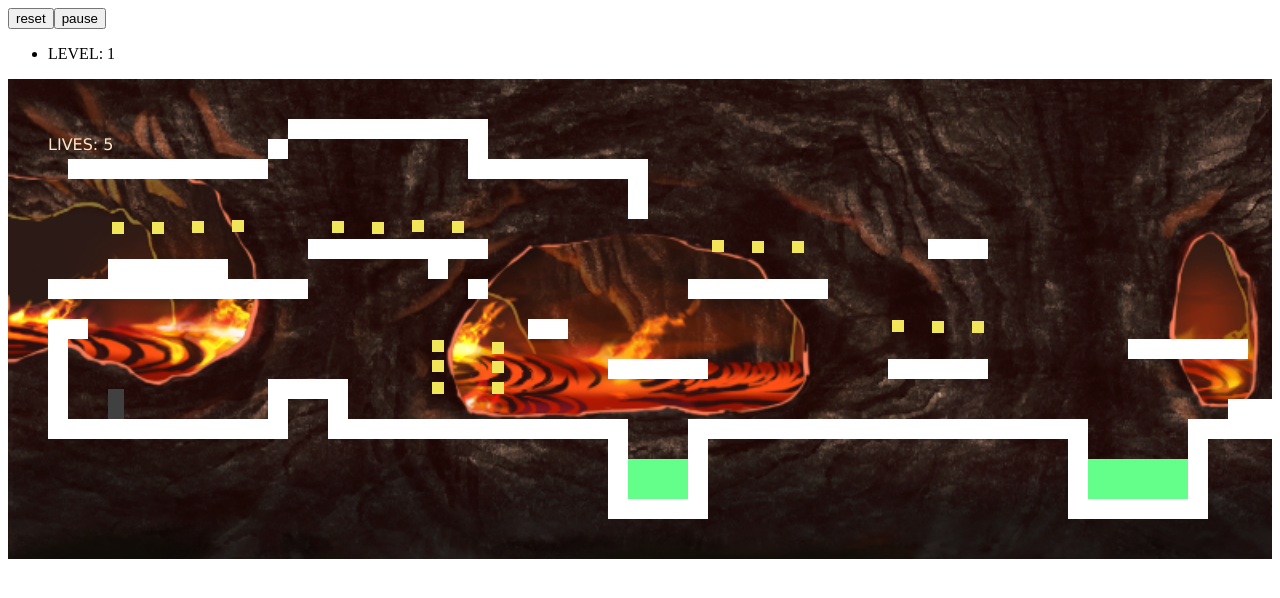
Repository: luccas-teddy/examenlucas
Page: index.html
An editor plug-in stored every save of this project. The page is shown before and after the next save, followed by the edit.
The browser window is 1280 px wide. The pictures show the whole page.

Above is the page before, as saved 2021-02-18 02:39:36.

### index.html
<!doctype html>
<table>
<tr>
  <button id="reset" class="gamebutton" onclick="this.blur();">reset</button>
  <button id="pause" class="gamebutton" onclick="this.blur();">pause</button>
</tr>


<ul>
  <li id="lives" class="statss">LIVES: 5</li>
  <li id="level" class="stats">LEVEL: 1</li>
</ul>
</table>


<script src="code/chapter/16_game.js"></script>
<script src="code/levels.js"></script>

<link rel="stylesheet" href="css/game.css">

<body>
  <script>
    runGame(GAME_LEVELS, DOMDisplay);
  </script>
</body>

### code/levels.js
var GAME_LEVELS = [`
................................................................................
................................................................................
..............##########........................................................
.............#.........#........................................................
...##########..........#########................................................
...............................#................................................
...............................#....................................###.........
.....o.o.o.o....o.o.o.o............................................##+##........
...............#########...........o.o.o......###.................##+++++##.....
.....######..........#.............................................##+##........
..#############........#..........#######...........................#v#.........
............................................................................##..
..##......................##................o.o.o............................#..
..#..................o..o...............................######.............#....
..#..................o..o.....#####.........#####.....................o.#.......
..#..........####....o..o....................................................#..
..#..@.......#..#............................................#######.......#....
..############..###############...####################.....#######...#########..
..............................#...#..................#.....#....................
..............................#+++#..................#+++++#....................
..............................#+++#..................#+++++#....................
..............................#####..................#######....................
................................................................................
................................................................................
`,`
................................................................................
................................................................................
....###############################.............................................
...##.............................##########################################....
...#.......................................................................##...
...#....o...................................................................#...
...#................................................=.......................#...
...#.o........################...................o..o...........|........o..#...
...#.........................#..............................................#...
...#....o....................##########.....###################....##########...
...#..................................#+++++#.................#....#............
...###############....oo......=o.o.o..#######.###############.#....#............
.....#...............o..o.............#.......#......#........#....#............
.....#....................#############..######.####.#.########....########.....
.....#.............########..............#...........#.#..................#.....
.....#..........####......####...#####################.#..................#.....
.....#........###............###.......................########....########.....
.....#.......##................#########################......#....#............
.....#.......#................................................#....#............
.....###......................................................#....#............
.......#...............o...........................................#............
.......#...............................................o...........#............
.......#########......###.....############.........................##...........
.............#..................#........#####....#######.o.........########....
.............#++++++++++++++++++#............#....#.....#..................#....
.............#++++++++++++++++++#..........###....###...####.o.............#....
.............####################..........#........#......#.....|.........#....
...........................................#++++++++#......####............#....
...........................................#++++++++#.........#........@...#....
...........................................#++++++++#.........##############....
...........................................##########...........................
................................................................................
`,`
......................................#++#........................#######....................................#+#..
......................................#++#.....................####.....####.................................#+#..
......................................#++##########...........##...........##................................#+#..
......................................##++++++++++##.........##.............##...............................#+#..
.......................................##########++#.........#....................................o...o...o..#+#..
................................................##+#.........#.....o...o....................................##+#..
.................................................#+#.........#................................###############++#..
.................................................#v#.........#.....#...#........................++++++++++++++##..
.............................................................##..|...|...|..##............#####################...
..............................................................##+++++++++++##............v........................
...............................................................####+++++####......................................
...............................................#.....#............#######........###.........###..................
...............................................#.....#...........................#.#.........#.#..................
...............................................#.....#.............................#.........#....................
...............................................#.....#.............................##........#....................
...............................................##....#.............................#.........#....................
...............................................#.....#......o..o.....#...#.........#.........#....................
...............#######........###...###........#.....#...............#...#.........#.........#....................
..............##.....##..##.....#...#..........#.....#.....######....#...#...#########.......#....................
.............##.......##........#.o.#..........#....##...............#...#...#...............#....................
.....@...##....#.........#........#...#..........#.....#...............#...#...#...............#..................
....###......#.........#........#...#..........#.....#...............#...#####...######......#....................
....#.#......#.........#.......##.o.##.........#.....#...............#.....o.....#.#.........#....................
++++#.#++++++#.........#++++++##.....##++++++++##....#++++++++++.....#.....=.....#.#.........#....................
++++#.#++++++#.........#+++++##.......##########.....#+++++++##+.....#############.##..o.o..##....................
++++#.#++++++#.........#+++++#....o.................##++++++##.+....................##.....##.....................
++++#.#++++++#.........#+++++#.....................##++++++##..+.....................#######......................
++++#.#++++++#.........#+++++##.......##############++++++##...+..................................................
++++#.#++++++#.........#++++++#########++++++++++++++++++##....+..................................................
++++#.#++++++#.........#++++++++++++++++++++++++++++++++##.....+..................................................
`,`
..............................................................................................................
..............................................................................................................
........................................o.....................................................................
..............................................................................................................
........................................#.....................................................................
........................................#.....................................................................
........................................#.....................................................................
........................................#.....................................................................
.......................................###....................................................................
.......................................#.#.................+++........+++..###................................
.......................................#.#.................+#+........+#+.....................................
.....................................###.###................#..........#......................................
......................................#...#.................#...oooo...#.......###............................
......................................#...#.................#..........#......#+++#...........................
......................................#...#.................############.......###............................
.....................................##...##......#...#......#................................................
......................................#...#########...########..............#.#...............................
......................................#...#...........#....................#+++#..............................
......................................#...#...........#.....................###...............................
.....................................##...##..........#.......................................................
......................................#...#=.=.=.=....#............###........................................
......................................#...#...........#...........#+++#.......................................
......................................#...#....=.=.=.=#.....o......###.......###..............................
.....................................##...##..........#.....................#+++#.............................
..............................o...o...#...#...........#.....#................##v........###...................
......................................#...#...........#..............#.................#+++#..................
.............................###.###.###.###.....o.o..#++++++++++++++#...................v#...................
.............................#.###.#.#.###.#..........#++++++++++++++#........................................
.............................#.............#...#######################........................................
.............................##...........##.........................................###......................
..###.........................#.....#.....#.........................................#+++#................###..
..#.#.........................#....###....#..........................................###.................#.#..
..#...........................#....###....#######........................#####.............................#..
..#...........................#...........#..............................#...#.............................#..
..#...........................##..........#..............................#.#.#.............................#..
..#.......................................#.......|####|....|####|.....###.###.............................#..
..#................###.............o.o....#..............................#.........###.....................#..
..#...............#####.......##..........#.............................###.......#+++#..........#.........#..
..#...............o###o.......#....###....#.............................#.#........###..........###........#..
..#................###........#############..#.oo.#....#.oo.#....#.oo..##.##....................###........#..
..#......@..........#.........#...........#++#....#++++#....#++++#....##...##....................#.........#..
..#############################...........#############################.....################################..
..............................................................................................................
..............................................................................................................
`,`
..................................................................................................###.#.......
......................................................................................................#.......
..................................................................................................#####.......
..................................................................................................#...........
..................................................................................................#.###.......
..........................o.......................................................................#.#.#.......
.............................................................................................o.o.o###.#.......
...................###................................................................................#.......
.......+..o..+................................................#####.#####.#####.#####.#####.#####.#####.......
.......#.....#................................................#...#.#...#.#...#.#...#.#...#.#...#.#...........
.......#=.o..#............#...................................###.#.###.#.###.#.###.#.###.#.###.#.#####.......
.......#.....#..................................................#.#...#.#...#.#...#.#...#.#...#.#.....#.......
.......+..o..+............o..................................####.#####.#####.#####.#####.#####.#######.......
..............................................................................................................
..........o..............###..............................##..................................................
..............................................................................................................
..............................................................................................................
......................................................##......................................................
...................###.........###............................................................................
..............................................................................................................
..........................o.....................................................#......#......................
..........................................................##.....##...........................................
.............###.........###.........###.................................#..................#.................
..............................................................................................................
.................................................................||...........................................
..###########.................................................................................................
..#.........#.o.#########.o.#########.o.##................................................#...................
..#.........#...#.......#...#.......#...#.................||..................#.....#.........................
..#..@......#####...o...#####...o...#####.....................................................................
..#######.....................................#####.......##.....##.....###...................................
........#=..................=................=#...#.....................###...................................
........#######################################...#+++++++++++++++++++++###+++++++++++++++++++++++++++++++++++
..................................................############################################################
..............................................................................................................
`];

if (typeof module != "undefined" && module.exports && (typeof window == "undefined" || window.exports != exports))
  module.exports = GAME_LEVELS;
if (typeof global != "undefined" && !global.GAME_LEVELS)
  global.GAME_LEVELS = GAME_LEVELS;
async function runGame(plans, Display) {
  for (let level = 0; level < plans.length;) {
    let status = await runLevel(new Level(plans[level]),
                                Display);
    if (status == "won") level++;
  }
  console.log("You've won!");
}

async function runGame(plans, Display)
{
  this.lives = 5;
  document.getElementById("reset").addEventListener("click", () => { document.location.reload(); })
  document.getElementById("pause").addEventListener("click", () => { this.paused; })
  this.livesView = document.getElementById("lives");
  this.levelView = document.getElementById("level");

  for (let level = 0; level < plans.length && lives > 0;)
  {
    let status = await runLevel(new Level(plans[level]),
      Display);
    if (status == "won")
    {
      level++;
      this.levelView.innerHTML = "LEVEL: " + `${ level + 1 }`;
    }
    else
    {
      lives--;
      this.livesView.innerHTML = "LIVES: " + this.lives;
    }

  }
  if (lives > 0)
  {
    console.log("You've won!");
    document.location.reload();
    document.write();

  }
  else
  {
    console.log("Perdiste!");
    document.location.reload();
  }
}

### css/game.css
.background    { background-image:url(9d.png);
}

 .background     {background :rgb (55, 167, 250)
                  background-image:url(taza.jpg);
                  background-repeat :no-repeat;
                  background-size: cover ;
                   table-layout: fixed;
                   border-spacing:  0;   }

.background td   { padding: 0;   }
.lava            { background: rgb(100, 255, 139); }
.wall            { background: rgb(255, 255, 255);   }

.actor  { position: absolute;  }

.coin   { background: rgb(241, 229, 89); }
.player { background: rgb(64, 64, 64); }

.game {
  overflow: hidden;
  max-width: 1500px;
  max-height: 820px;
  position: relative;
}

.lost .player {
  background: rgb(64, 106, 160);
}
.won .player {
  box-shadow: -4px -7px 8px white, 4px -7px 8px white;
}
stats{
     list-style-type: none;
  font-family: "jack Sans", "Lucida Sans Regular", "jack Grande",
    "jak Sans Unicode", Geneva, Verdana, sans-serif;
  text-transform: uppercase;
  color: rgb(199, 300, 255);
  z-index: 10;
  position: absolute;
  text-align: left;
  margin-top: 50px;
}
.statss{
   list-style-type: none;
  font-family: "Lucida Sans", "Lucida Sans Regular", "Lucida Grande",
    "jack Sans Unicode", Geneva, Verdana, sans-serif;
  text-transform: uppercase;
  color: bisque;
  z-index: 11;
  position: absolute;
  text-align: left;
  margin-top: 90px;
}

Loaded but not shown: code/chapter/16_game.js (359 lines, source omitted)

After the next save:
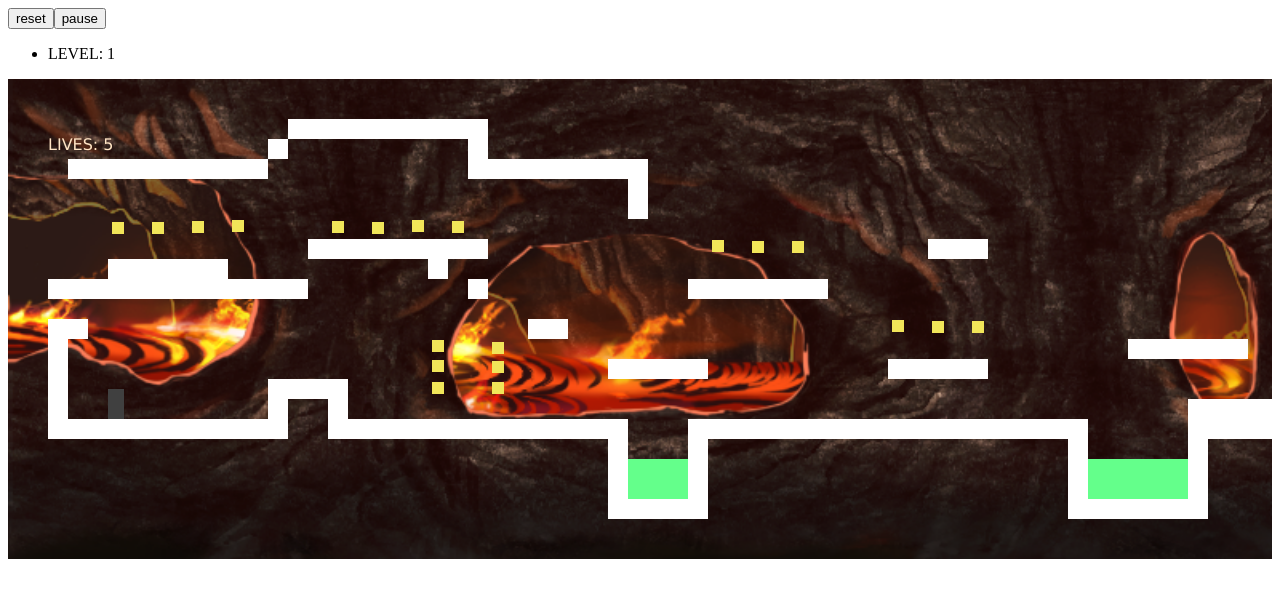
Saved 28 s later.
--- a/code/levels.js
+++ b/code/levels.js
@@ -15,7 +15,7 @@ var GAME_LEVELS = [`
 ..#..................o..o...............................######.............#....
 ..#..................o..o.....#####.........#####.....................o.#.......
 ..#..........####....o..o....................................................#..
-..#..@.......#..#............................................#######.......#....
+..#..@.......#..#..........................................#######.......#......
 ..############..###############...####################.....#######...#########..
 ..............................#...#..................#.....#....................
 ..............................#+++#..................#+++++#....................
